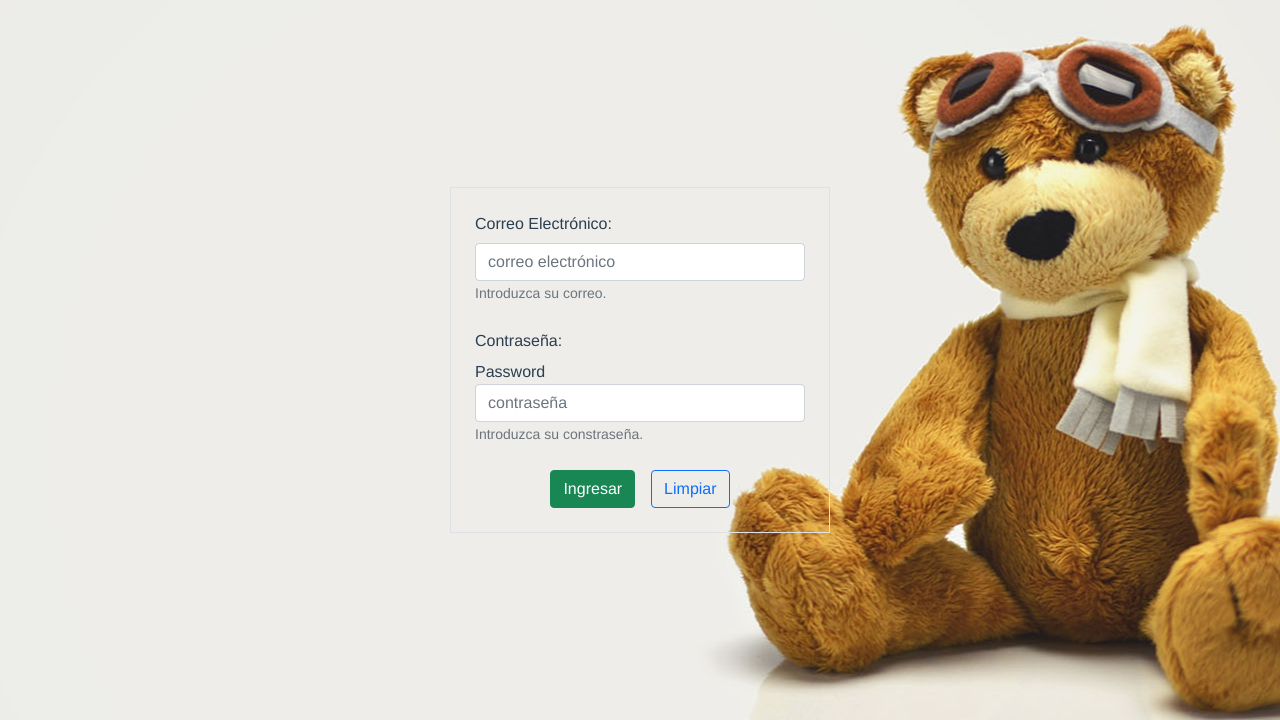
Repository: Darigo30/prueba-jugueteria
Page: /login
These files come from the project's save history. The page is drawn as it stood at one moment and after the next save; the edit follows.
The browser window is 1280 px wide. The pictures show the whole page.
Some web fonts or font styles are not loaded; a fallback is used. The project was rebuilt for these pictures with package versions that can differ from the ones it lists, and the page was loaded fresh each time. Also part of the build but not shown: src/components/Editar.vue, src/components/Tabla.vue, src/components/Agregar.vue, src/views/Home.vue.

Above is the page before, as saved 2021-05-30 21:12:41.

After the next save:
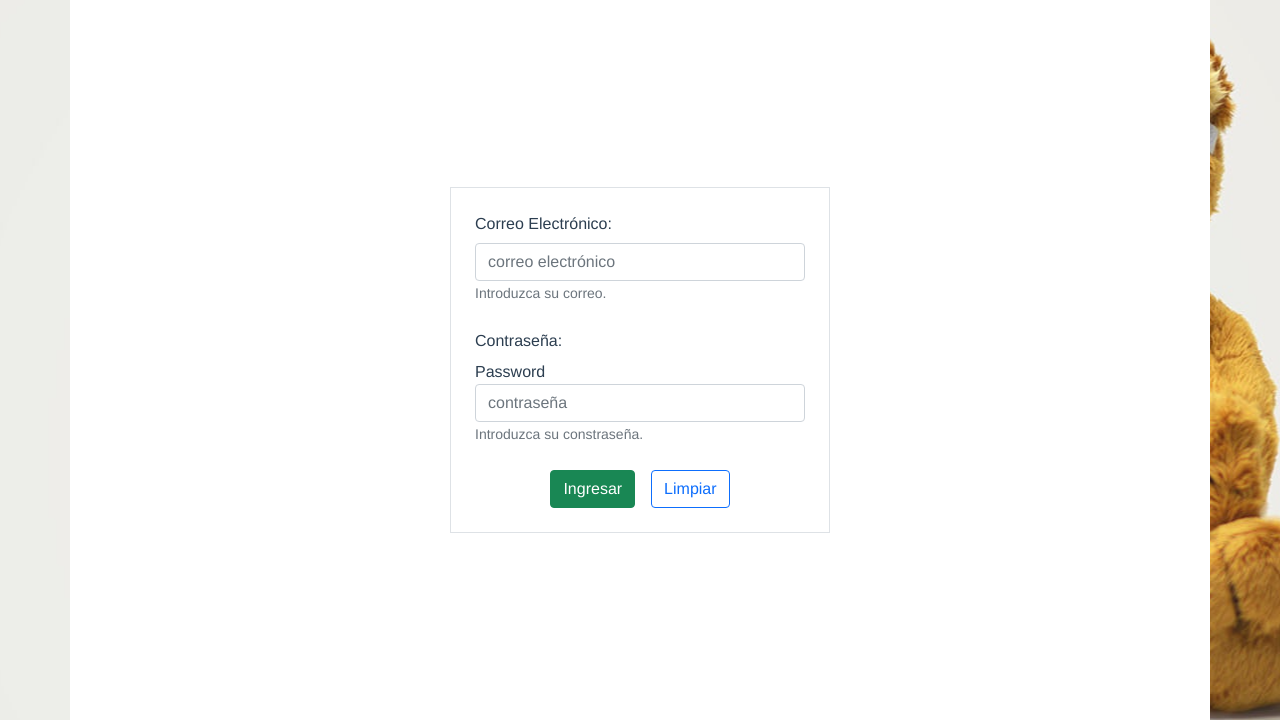
Saved 9 min 21 s later.
--- a/src/views/Login.vue
+++ b/src/views/Login.vue
@@ -1,7 +1,7 @@
 <template>
 <div class="bg">
    <b-container>
-    <b-row style="height: 100vh">
+    <b-row style="height: 100vh" class="fo">
       <b-col class="m-auto border p-4" cols="12" md="4">
         <b-form-group
           label="Correo Electrónico:"
@@ -87,4 +87,7 @@ export default {
       background-position: center;
       background-repeat: no-repeat;
   }
+  .fo{
+    background: #fff;
+  }
 </style>
